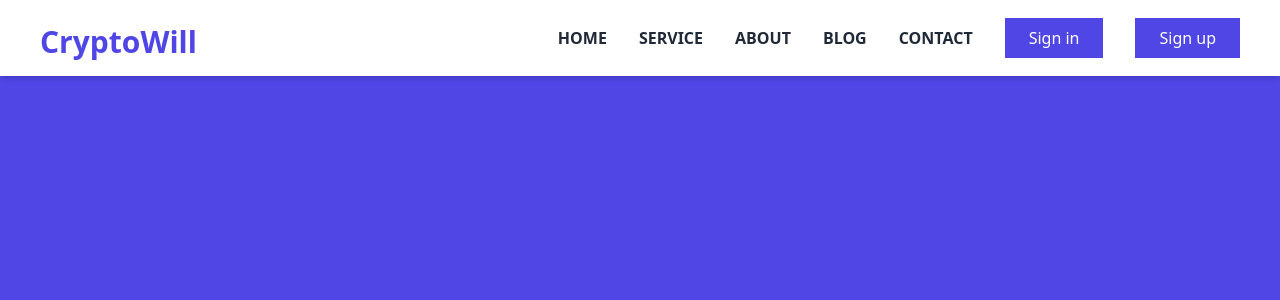
Repository: marcusdashe/anthophila
Page: /
These files come from the project's save history. The page is drawn as it stood at one moment and after the next save; the edit follows.
The browser window is 1280 px wide. The pictures show the whole page.
The project was rebuilt for these pictures with package versions that can differ from the ones it lists, and the page was loaded fresh each time. The framework's server and built-in components were replaced by stand-ins that run in the browser. Also part of the build but not shown: next.config.js, styles/Home.module.css.

Above is the page before, as saved 2023-02-23 18:49:55.

### pages/index.js
import Head from 'next/head'
import Image from 'next/image'
import { Inter } from '@next/font/google'
import styles from '@/styles/Home.module.css'
import { Nav } from '@/components/Nav'

const inter = Inter({ subsets: ['latin'] })

export default function Home() {
  return (
    <>
      <Head>
        <title>Cryptowill</title>
        <meta name="description" content="Generated by create next app" />
        <meta name="viewport" content="width=device-width, initial-scale=1" />
        <link rel="icon" href="/favicon.ico" />
      </Head>
      <Nav />
      <main className="bg-indigo-600 w-full h-screen">

      </main>
    </>
  )
}

### components/Nav.jsx
import React from 'react'
import Button from './Button'

export const Nav = () => {
  let Links = [
    { name: "HOME", link: "/"},
    { name: "SERVICE", link: "/service"},
    { name: "ABOUT", link: "/about"},
    { name: "BLOG", link: "/blog"},
    { name: "CONTACT", link: "/contact"},
  ]
  return (
    <div className='shadow-md w-full fixed top-0 left-0'>
        <div className='md:flex items-center justify-between bg-white py-4 md:px-10 px-7'>
            <div className='font-bold text-2xl cursor-pointer flex items-center text-gray-80'>
                <span className='text-3xl text-indigo-600 mr-1 pt-2'>
                    CryptoWill
                </span>
            </div>
            <ul className='md:flex md:items-center md:pb-0 pb-12 '>
              { Links.map((link, idx) => (
                <li key={link.name} className='md:ml-8 text-md font-bold md:my-0 my-7'>
                    <a href={link.link} key={idx} className="text-gray-800 hover:text-gray-400 duration-500">{link.name}</a>
                </li>
              ))}
              <Button>Sign in</Button>
              <Button>Sign up</Button>
            </ul>
        </div>
    </div>
  )
}

### components/Button.jsx
import React from 'react'

const Button = (props) => {
  return (
    <button className='bg-indigo-600 text-white py-2 px-6 round-10 md:ml-8 hover:bg-indigo-400 duration-500'>
        {props.children}
    </button>
  )
}

export default Button

### tailwind.config.js
/** @type {import('tailwindcss').Config} */

module.exports = {
  content: [
    "./app/**/*.{js,ts,jsx,tsx}",
    "./pages/**/*.{js,ts,jsx,tsx}",
    "./components/**/*.{js,ts,jsx,tsx}",
  ],
  theme: {
    extend: {},
  },
  plugins: [],
}

Loaded but not shown: pages/_app.js (common file); pages/_document.js (common file); pages/api/hello.js (common file); styles/globals.css (common file)

After the next save:
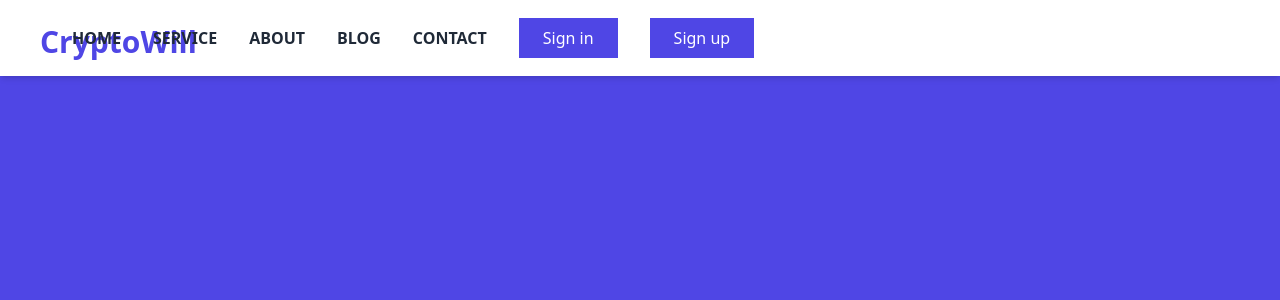
Saved 15 s later.
--- a/components/Nav.jsx
+++ b/components/Nav.jsx
@@ -17,7 +17,7 @@ export const Nav = () => {
                     CryptoWill
                 </span>
             </div>
-            <ul className='md:flex md:items-center md:pb-0 pb-12 '>
+            <ul className='md:flex md:items-center md:pb-0 pb-12 absolute'>
               { Links.map((link, idx) => (
                 <li key={link.name} className='md:ml-8 text-md font-bold md:my-0 my-7'>
                     <a href={link.link} key={idx} className="text-gray-800 hover:text-gray-400 duration-500">{link.name}</a>

After the save that followed:
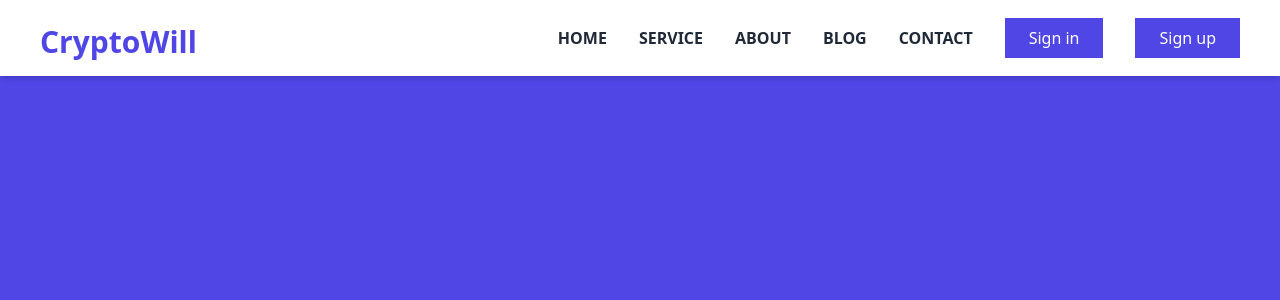
Saved 19 s later.
--- a/components/Nav.jsx
+++ b/components/Nav.jsx
@@ -17,7 +17,7 @@ export const Nav = () => {
                     CryptoWill
                 </span>
             </div>
-            <ul className='md:flex md:items-center md:pb-0 pb-12 absolute'>
+            <ul className='md:flex md:items-center md:pb-0 pb-12 absolute md:static'>
               { Links.map((link, idx) => (
                 <li key={link.name} className='md:ml-8 text-md font-bold md:my-0 my-7'>
                     <a href={link.link} key={idx} className="text-gray-800 hover:text-gray-400 duration-500">{link.name}</a>
